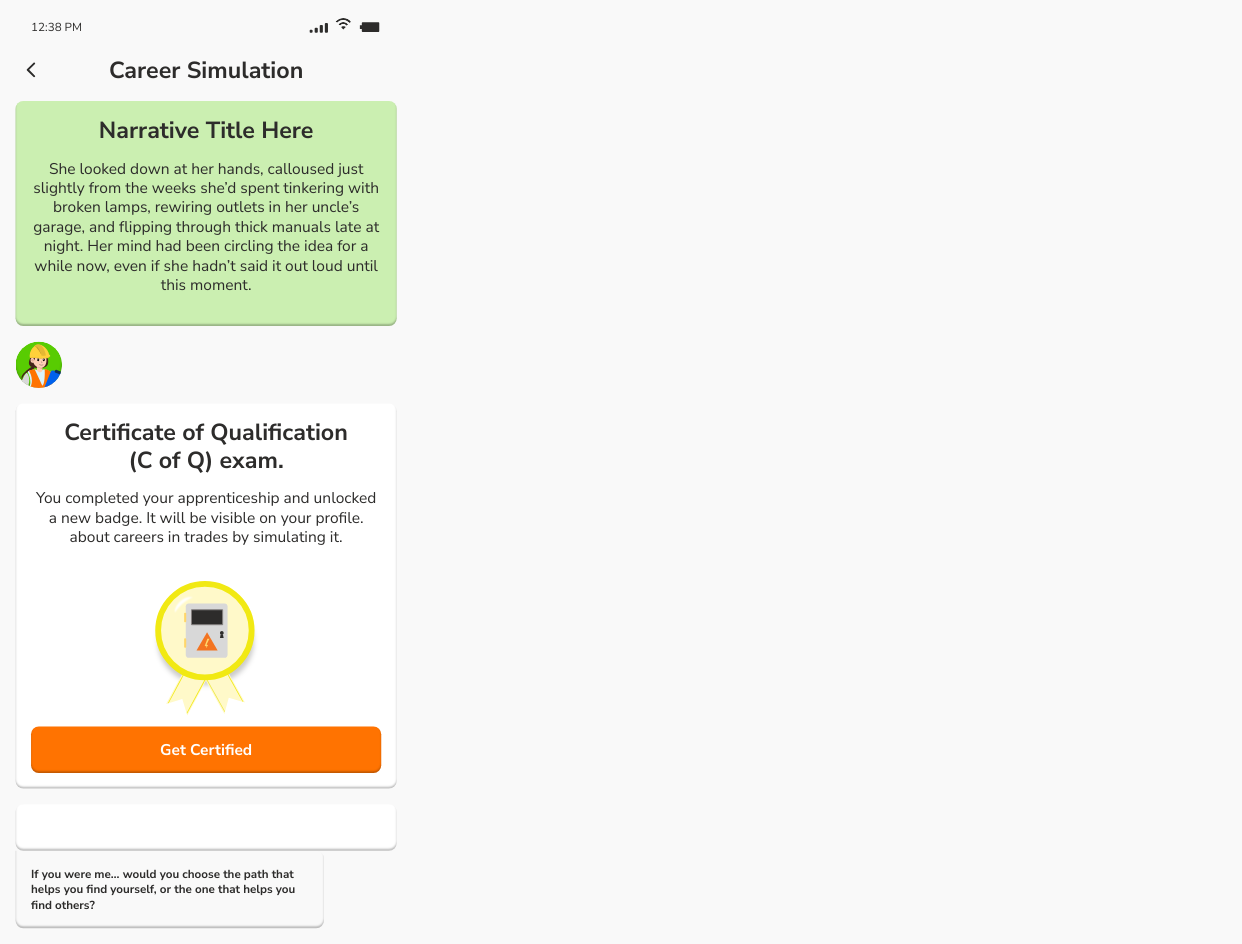
Repository: daniel-liu01/week10books
Page: /
These files come from the project's save history. The page is drawn as it stood at one moment and after the next save; the edit follows.
The browser window is 1280 px wide. The pictures show the whole page, at 97% of full size.
The project was rebuilt for these pictures with package versions that can differ from the ones it lists, and the page was loaded fresh each time. Also part of the build but not shown: vite.config.js, vite.config.ts, src/App.css, app/Simulation/Simulation.module.css, components/InfoModal/InfoModal.module.css, components/InfoModal/InfoModal.jsx, app/Simulation/Simulation.jsx.

Above is the page before, as saved 2025-10-22 12:55:04.

After the next save:
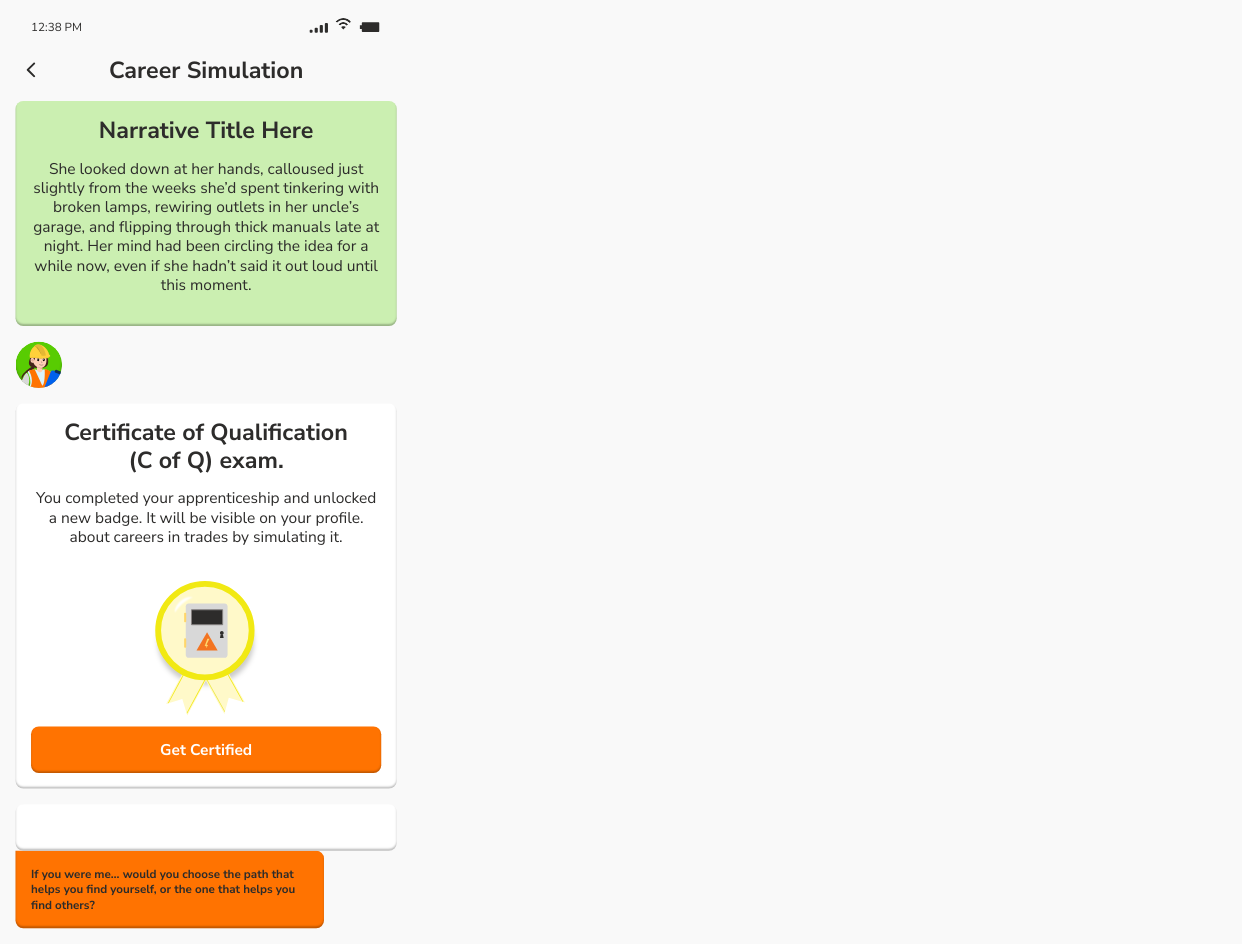
Saved 4 s later.
--- a/components/TextBubble/TextBubble.module.css
+++ b/components/TextBubble/TextBubble.module.css
@@ -22,7 +22,7 @@
 }
 
 .containerAi {
-    background-color: var(--prima);
+    background-color: var(--primary-500);
     width: 318px;
     height: 80px;
 }
